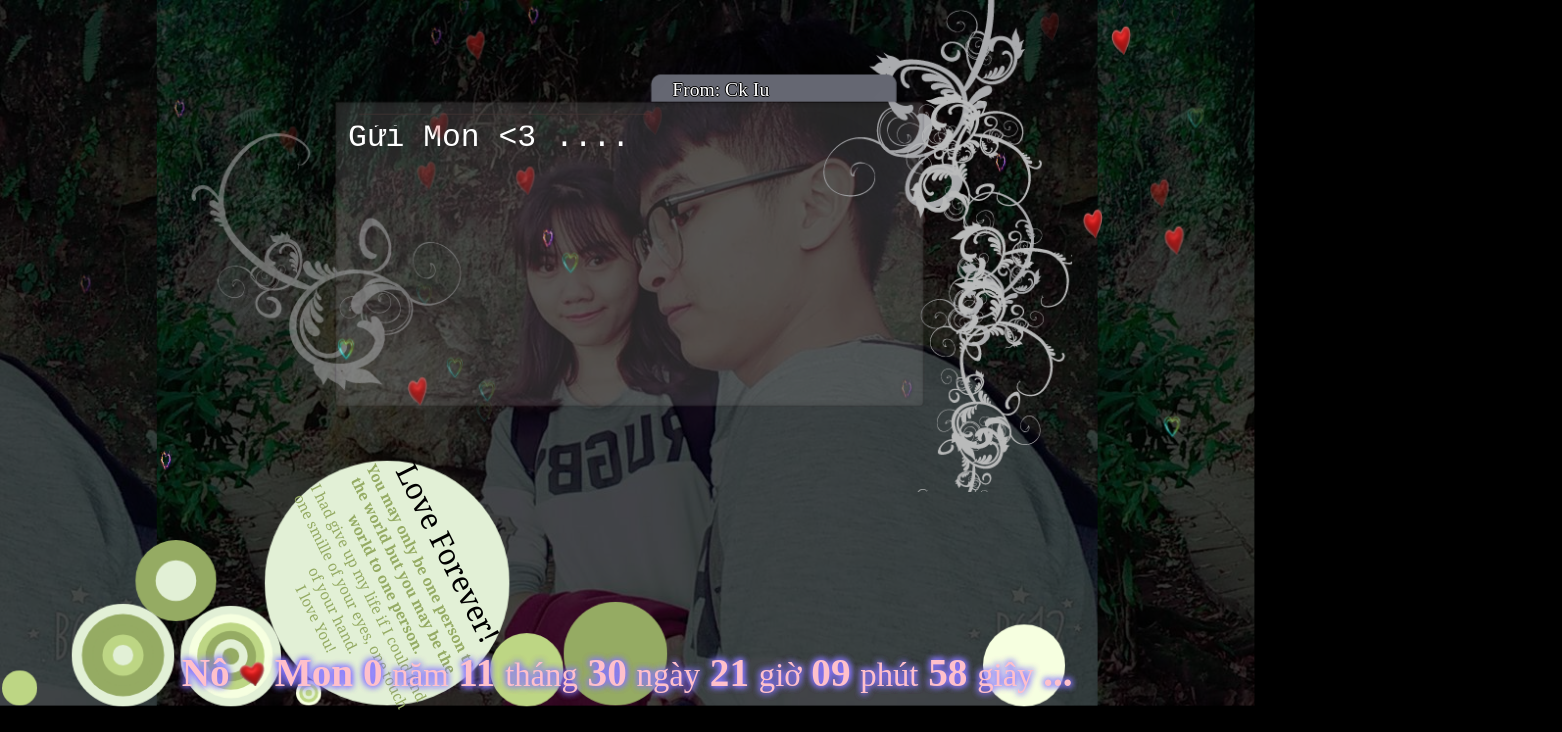
Repository: saunptit97/hpbdmon
Page: index.html
The author's editor kept a copy of each file at every save. The page is drawn from the files as they stood at one save, then again after the next save.
The browser window is 1280 px wide. The page is 1594 px wide, so the pictures cover 1594 px, including what lies to the right of the window. The pictures show the whole page, at 98% of full size.

Above is the page before, as saved 2018-08-01 21:09:53.
Console error: TypeError: $(...).play is not a function

After the next save:
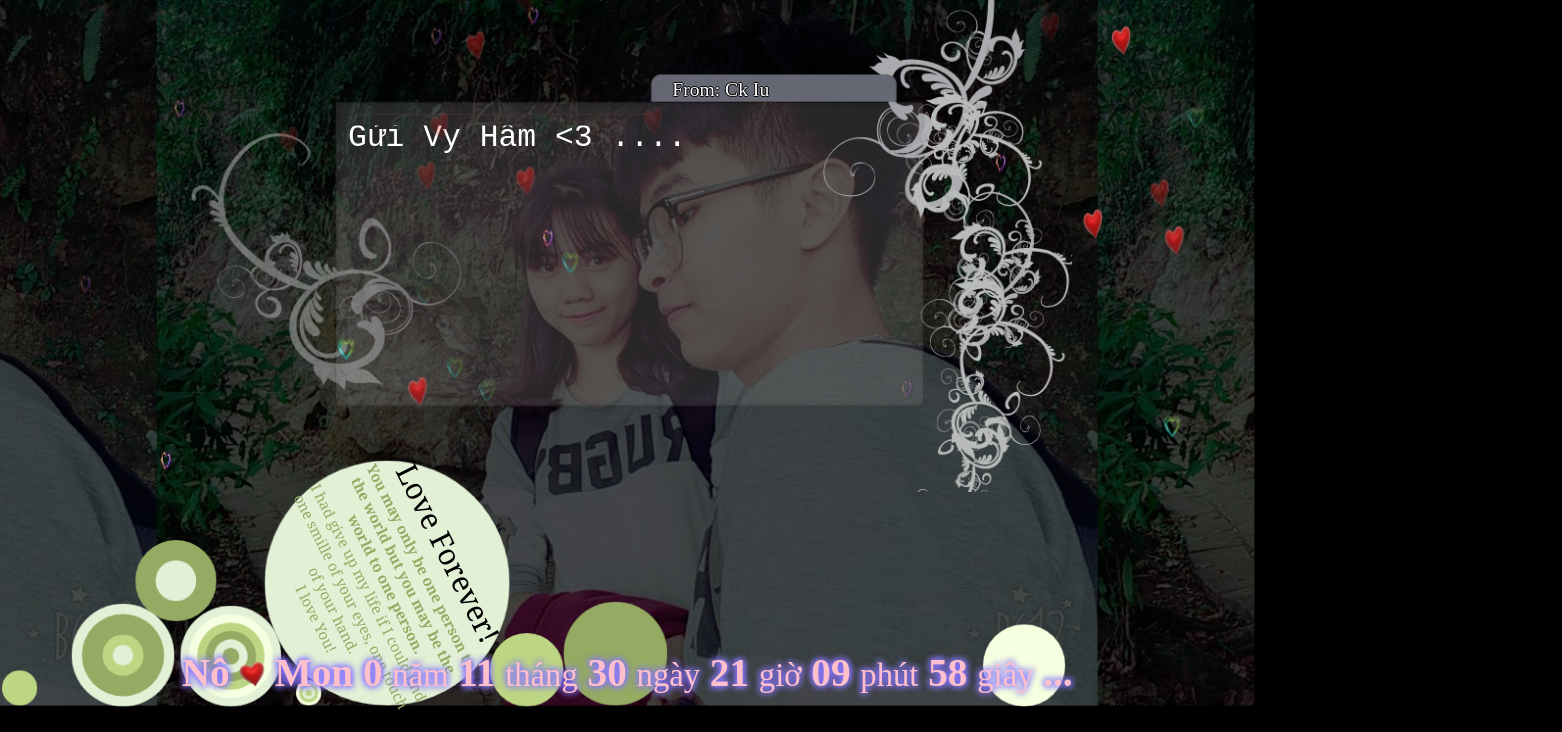
Saved 1563 days later.
--- a/index.html
+++ b/index.html
@@ -121,9 +121,9 @@
     <script type="text/javascript" src="Main.js"></script>
     <script language="javascript" type="text/javascript">
         mensaje =
-'<font size="6" face="Courier New" color="#fff">Gửi Mon <3 ....<br></font>' + ' <br>' +
+'<font size="6" face="Courier New" color="#fff">Gửi Vy Hâm <3 ....<br></font>' + ' <br>' +
 
-'<font color="#fff" size="4">Anh không phải người hoàn hảo,anh hậu đậu anh vô tâm... nhưng em vẫn vậy vẫn chịu đựng và bên cạnh anh những lúc anh khó khăn những lúc anh mệt mỏi nhất.Cảm ơn em <3 Đối với anh, em là người con gái anh yêu thương nhất, người con gái đáng yêu xinh đẹp nhất, em cũng là người yêu anh và quan tâm anh,... Em hoàn hảo lắm. Thương em lắm nè</font><br>' +
+'<font color="#fff" size="4">Tớ không phải là người hoàn hảo, tớ hậu đậu, vô tâm và hơi tồ tồ,... Từ lúc quen cậu đến giờ tớ có nhiều sai sót</font><br>' +
 
 '<br>    ' +
 
